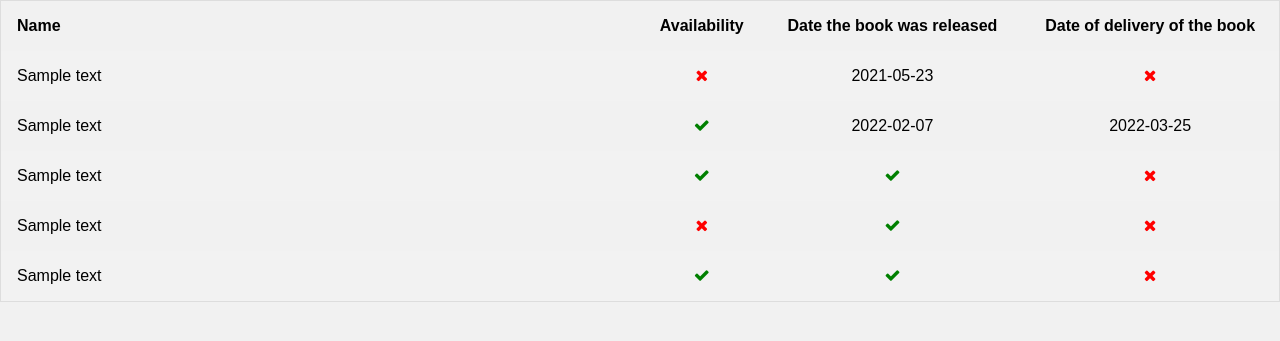
Repository: RPSKumara/DPEdudationPyhton
Page: ResponsiveWebAssigment/category.html
The author's editor kept a copy of each file at every save. The page is drawn from the files as they stood at one save, then again after the next save.
The browser window is 1280 px wide. The pictures show the whole page.

Above is the page before, as saved 2022-04-22 14:40:50.

### ResponsiveWebAssigment/category.html
<!DOCTYPE html>
<html lang="en">
	<head>
		<meta charset="UTF-8" />
		<meta http-equiv="X-UA-Compatible" content="IE=edge" />
		<meta name="viewport" content="width=device-width, initial-scale=1.0" />
		<link
			rel="stylesheet"
			href="https://cdnjs.cloudflare.com/ajax/libs/font-awesome/4.7.0/css/font-awesome.min.css"
		/>
		<link rel="stylesheet" href="style.css" />
		<title>Document</title>
	</head>
	<body>
		<table>
			<tr>
				<th style="width: 50%">Name</th>
				<th>Availability</th>
				<th>Date the book was released</th>
				<th>Date of delivery of the book</th>
			</tr>
			<tr>
				<td>Sample text</td>
				<td><i class="fa fa-remove"></i></td>
				<td>2021-05-23</td>
				<td><i class="fa fa-remove"></i></td>
			</tr>
			<tr>
				<td>Sample text</td>
				<td><i class="fa fa-check"></i></td>
				<td>2022-02-07</td>
                <td>2022-03-25</td>
			</tr>
			<tr>
				<td>Sample text</td>
				<td><i class="fa fa-check"></i></td>
				<td><i class="fa fa-check"></i></td>
                <td><i class="fa fa-remove"></i></td>
			</tr>
			<tr>
				<td>Sample text</td>
				<td><i class="fa fa-remove"></i></td>
				<td><i class="fa fa-check"></i></td>
                <td><i class="fa fa-remove"></i></td>
			</tr>
			<tr>
				<td>Sample text</td>
				<td><i class="fa fa-check"></i></td>
				<td><i class="fa fa-check"></i></td>
                <td><i class="fa fa-remove"></i></td>
			</tr>
		</table>
	</body>
</html>

### ResponsiveWebAssigment/style.css
* {
	margin: 0;
	padding: 0;
	box-sizing: border-box;
}
body {
	background-color: #f1f1f1;
	font-family: Arial;
}

/* ------------------------------------ Style for Navigation Bar ------------------------------------ */
ul.navigationBar {
	list-style-type: none;
	margin: 0;
	padding: 0;
	overflow: hidden;
	background-color: #333;
}

ul.navigationBar li {
	float: left;
}

ul.navigationBar li a {
	display: block;
	color: white;
	text-align: center;
	padding: 14px 16px;
	text-decoration: none;
}

ul.navigationBar li a:hover:not(.active) {
	background-color: #04aa6d41;
}

ul.navigationBar li a.active {
	background-color: #04aa6d;
}

ul.navigationBar li.right {
	float: right;
}

@media screen and (max-width: 600px) {
	ul.navigationBar li.right,
	ul.navigationBar li {
		float: none;
	}
}
/* ------------------------------------ Style for Image Viewer ------------------------------------ */

/* Center website */
.imageMainContain {
	max-width: 1000px;
	margin: auto;
}

.imageRow {
	margin: 8px -16px;
}

/* Add padding BETWEEN each imageColumn */
.imageRow,
.imageRow > .imageColumn {
	padding: 8px;
}

/* Create four equal imageColumns that floats next to each other */
.imageColumn {
	float: left;
	width: 33%;
}

/* Clear floats after imageRows */
.imageRow:after {
	imagecontent: '';
	display: table;
	clear: both;
}

/* imageContent */
.imageContent {
	background-color: white;
	padding: 10px;
}

/* Responsive layout - makes a two imageColumn-layout instead of four imageColumns */
@media screen and (max-width: 900px) {
	.imageColumn {
		width: 50%;
	}
}

/* Responsive layout - makes the two imageColumns stack on top of each other instead of next to each other */
@media screen and (max-width: 600px) {
	.imageColumn {
		width: 100%;
	}
}
/* ------------------------------------ Style for Table ------------------------------------ */
table {
	border-collapse: collapse;
	border-spacing: 0;
	width: 100%;
	border: 1px solid #ddd;
}

th,
td {
	text-align: center;
	padding: 16px;
}

th:first-child,
td:first-child {
	text-align: left;
}

tr:nth-child(even) {
	background-color: #f2f2f2;
}

.fa-check {
	color: green;
}

.fa-remove {
	color: red;
}

After the next save:
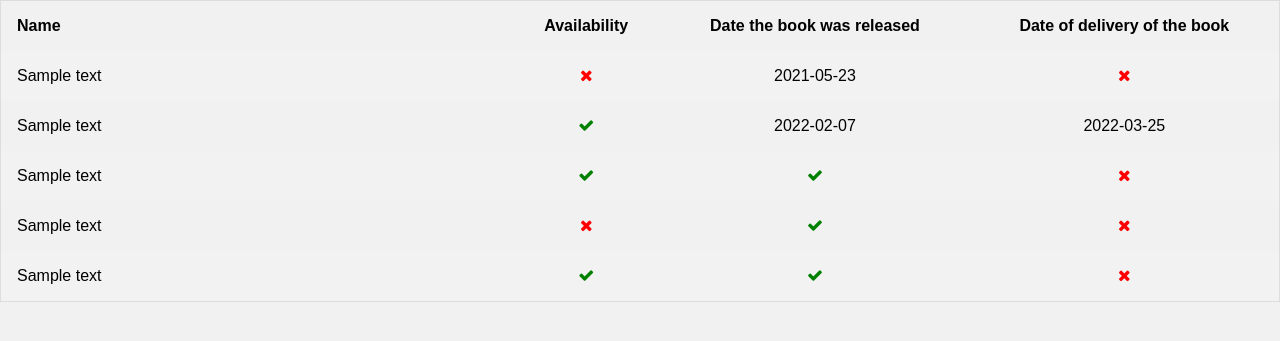
Saved 5 s later.
--- a/ResponsiveWebAssigment/category.html
+++ b/ResponsiveWebAssigment/category.html
@@ -14,7 +14,7 @@
 	<body>
 		<table>
 			<tr>
-				<th style="width: 50%">Name</th>
+				<th style="width: 40%">Name</th>
 				<th>Availability</th>
 				<th>Date the book was released</th>
 				<th>Date of delivery of the book</th>
